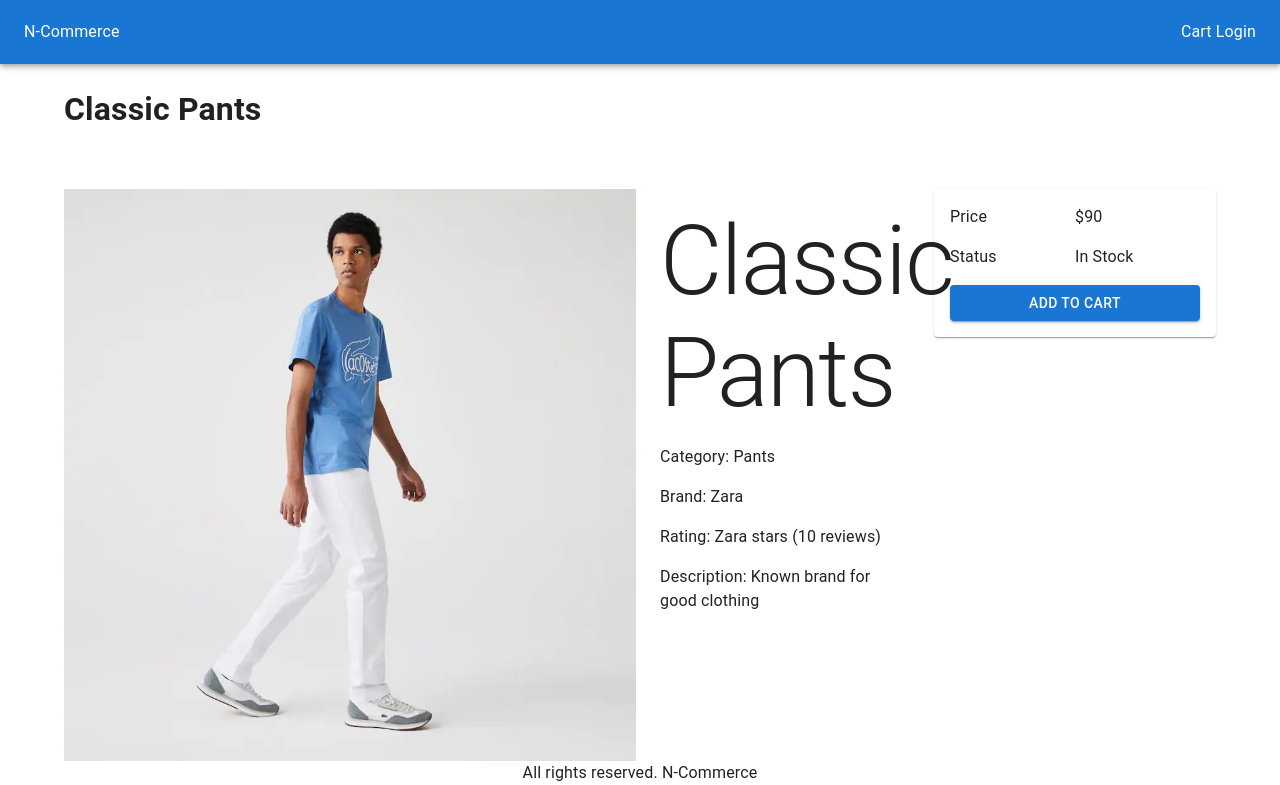
Repository: AK0493/Next-Commerce
Page: /product/classic-pants
An editor plug-in stored every save of this project. The page is shown before and after the next save, followed by the edit.
The browser window is 1280 px wide. The pictures show the whole page.
The project was rebuilt for these pictures with package versions that can differ from the ones it lists, and the page was loaded fresh each time. The framework's server and built-in components were replaced by stand-ins that run in the browser. Also part of the build but not shown: next.config.js.

Above is the page before, as saved 2022-02-07 13:42:31.

### pages/_app.js
import { useEffect } from 'react';
import '../styles/globals.css';

function MyApp({ Component, pageProps }) {
  useEffect(() => {
    const jssStyles = document.querySelector('#jss-server-side');
    if (jssStyles) {
      jssStyles.parentElement.removeChild(jssStyles);
    }
  }, []);
  return <Component {...pageProps} />;
}

export default MyApp;

### pages/product/[slug].js
import { useRouter } from 'next/router';
import React from 'react';
import data from '../../utils/data';
import NextLink from 'next/link';
import {
  Button,
  Card,
  Grid,
  Link,
  List,
  ListItem,
  Typography,
} from '@mui/material';
import Layout from '../../components/Layout';
import useStyles from '../../utils/styles';
import Image from 'next/image';
export default function ProductPage() {
  const classes = useStyles();
  const router = useRouter();
  const { slug } = router.query;
  const product = data.products.find((el) => el.slug === slug);
  if (!product) {
    return (
      <div>
        <h1>Product not Found!</h1>
      </div>
    );
  }
  return (
    <Layout title={product.name} description={product.description}>
      <div className={classes.section}>
        <h1>{product.name}</h1>
        <NextLink href="/" passHref>
          <Link>Back to Home</Link>
        </NextLink>
      </div>
      <Grid container spacing={1}>
        <Grid item md={6} xs={12}>
          <Image
            src={product.image}
            alt={product.name}
            width={640}
            height={640}
            layout="responsive"
          ></Image>
        </Grid>
        <Grid item md={3} xs={12}>
          <List>
            <ListItem>
              <Typography component="h1" variant="h1">
                {product.name}
              </Typography>
            </ListItem>
            <ListItem>
              <Typography>Category: {product.category}</Typography>
            </ListItem>
            <ListItem>
              <Typography>Brand: {product.brand}</Typography>
            </ListItem>
            <ListItem>
              <Typography>
                Rating: {product.brand} stars ({product.numReviews} reviews)
              </Typography>
            </ListItem>
            <ListItem>
              <Typography>Description: {product.description}</Typography>
            </ListItem>
          </List>
        </Grid>
        <Grid item md={3} xs={12}>
          <Card>
            <List>
              <ListItem>
                <Grid container>
                  <Grid item xs={6}>
                    <Typography>Price</Typography>
                  </Grid>
                  <Grid item xs={6}>
                    <Typography>${product.price}</Typography>
                  </Grid>
                </Grid>
              </ListItem>
              <ListItem>
                <Grid container>
                  <Grid item xs={6}>
                    <Typography>Status</Typography>
                  </Grid>
                  <Grid item xs={6}>
                    <Typography>
                      {product.CountInStock > 0 ? 'In Stock' : 'UNavailible'}
                    </Typography>
                  </Grid>
                </Grid>
              </ListItem>
              <ListItem>
                <Button fullWidth variant="contained" color="primary">
                  Add to Cart
                </Button>
              </ListItem>
            </List>
          </Card>
        </Grid>
      </Grid>
    </Layout>
  );
}

### styles/globals.css
html,
body {
  padding: 0;
  margin: 0;
  font-family: -apple-system, BlinkMacSystemFont, Segoe UI, Roboto, Oxygen,
    Ubuntu, Cantarell, Fira Sans, Droid Sans, Helvetica Neue, sans-serif;
}

a {
  color: #fff !important;
  text-decoration: none !important;
  cursor: pointer;
}

* {
  box-sizing: border-box;
}

### utils/data.js
const data = {
  products: [
    {
      name: 'Free Shirt',
      slug: 'free-shirt',
      category: 'Shirts',
      image: '/images/shirt1.jpg',
      price: 90,
      brand: 'Nike',
      rating: 4.5,
      numReviews: 10,
      CountInStock: 20,
      description: 'A popular shirt',
    },
    {
      name: 'Fit Shirt',
      slug: 'fit-shirt',
      category: 'Shirt',
      image: '/images/Shirt2.jpg',
      price: 90,
      brand: 'Addidas',
      rating: 4.5,
      numReviews: 10,
      CountInStock: 20,
      description: 'A popular shirt',
    },
    {
      name: 'Slim Shirt',
      slug: 'slim-shirt',
      category: 'Shirts',
      image: '/images/shirt3.jpg',
      price: 70,
      brand: 'Raymond',
      rating: 4.5,
      numReviews: 10,
      CountInStock: 20,
      description: 'A popular shirt',
    },
    {
      name: 'Golf Pants',
      slug: 'golf-pants',
      category: 'Pants',
      image: '/images/pants1.jpg',
      price: 70,
      brand: 'Oliver',
      rating: 4.5,
      numReviews: 10,
      CountInStock: 20,
      description: 'smart looking pants',
    },
    {
      name: 'Fit Pants',
      slug: 'fit-pants',
      category: 'Pants',
      image: '/images/pants2.jpg',
      price: 90,
      brand: 'Zara',
      rating: 4.5,
      numReviews: 10,
      CountInStock: 20,
      description: 'Known brand for good clothing',
    },
    {
      name: 'Classic Pants',
      slug: 'classic-pants',
      category: 'Pants',
      image: '/images/pants3.jpg',
      price: 90,
      brand: 'Zara',
      rating: 4.5,
      numReviews: 10,
      CountInStock: 20,
      description: 'Known brand for good clothing',
    },
  ],
};

export default data;

### components/Layout.js
import {
  AppBar,
  Container,
  createTheme,
  CssBaseline,
  Link,
  Toolbar,
  Typography,
} from '@mui/material';
import Head from 'next/head';
import React from 'react';
import useStyles from '../utils/styles';
import NextLink from 'next/link';
import { ThemeProvider } from '@mui/styles';

export default function Layout({ title, description, children }) {
  const theme = createTheme({
    typography: {
      h1: {
        fontSize: '1.6rem',
        fontWeight: 400,
        margin: '1rem 0',
      },
      h2: {
        fontSize: '1.4rem',
        fontWeight: 400,
        margin: '1rem 0',
      },
    },
    palette: {
      type: 'light',
      primary: {
        main: '#f0c000',
      },
      secondary: {
        main: '#208080',
      },
    },
  });
  const classes = useStyles();
  return (
    <div>
      <Head>
        <title>{title ? `${title} - Next-Commerce` : 'Next Commerce'}</title>
        {description && <meta name="description" content={description}></meta>}
      </Head>
      <ThemeProvider theme={theme}>
        <CssBaseline />
        <AppBar position="static" className={classes.navbar}>
          <Toolbar>
            <NextLink href="/">
              <Link>
                <Typography>N-Commerce</Typography>
              </Link>
            </NextLink>
            <div className={classes.grow}></div>
            <div>
              <NextLink href="/cart">
                <Link>Cart </Link>
              </NextLink>
              <NextLink href="/login">
                <Link>Login</Link>
              </NextLink>
            </div>
          </Toolbar>
        </AppBar>
        <Container className={classes.main}>{children}</Container>
        <footer className={classes.footer}>
          <Typography>All rights reserved. N-Commerce</Typography>
        </footer>
      </ThemeProvider>
    </div>
  );
}

### utils/styles.js
import { makeStyles } from '@mui/styles';

const useStyles = makeStyles({
  navbar: {
    backgroundColor: '#203040',
  },
  '& a': {
    color: '#fff',
    marginLeft: '10',
  },
  grow: {
    flexGrow: 1,
  },
  main: {
    minHeight: '80vh',
  },
  section: {
    marginTop: '10px',
    marginBottom: '10px',
  },
  footer: {
    textAlign: 'center',
  },
});
export default useStyles;

After the next save:
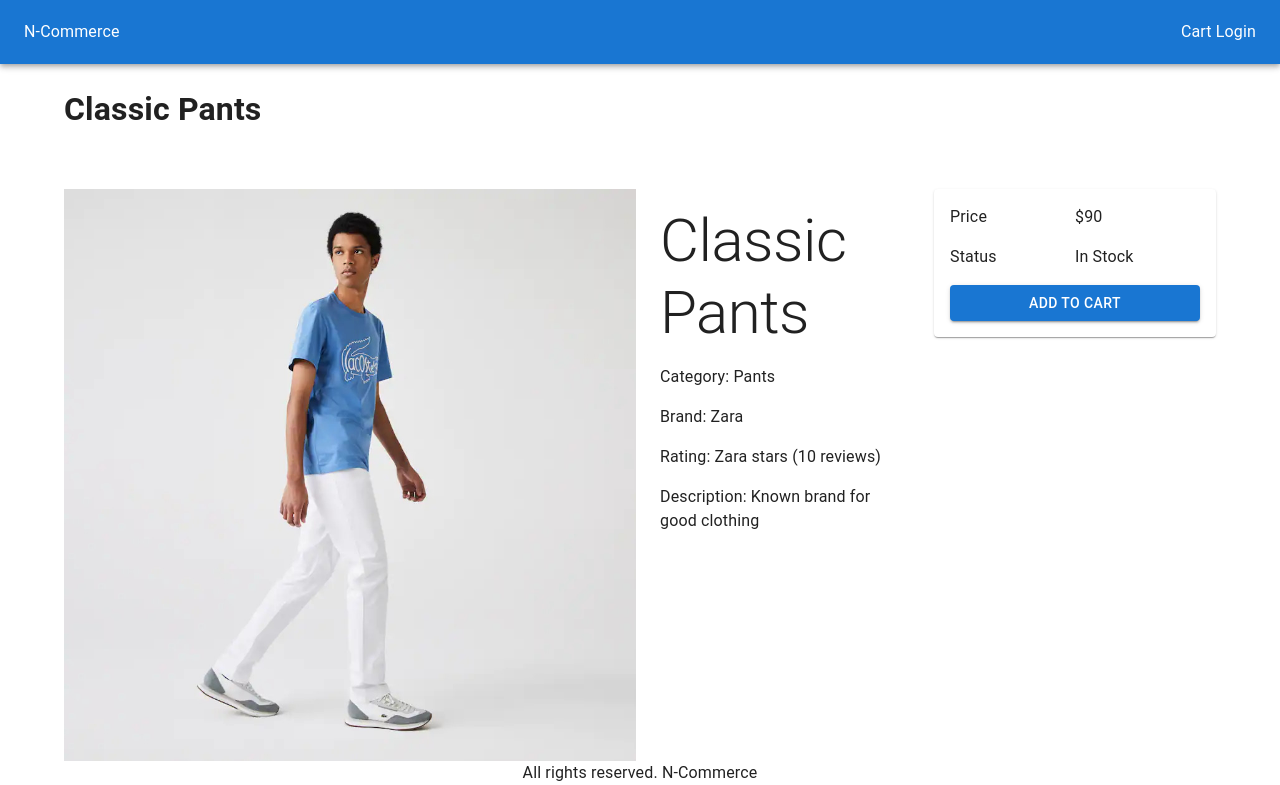
Saved 68 s later.
--- a/pages/product/[slug].js
+++ b/pages/product/[slug].js
@@ -47,7 +47,7 @@
         <Grid item md={3} xs={12}>
           <List>
             <ListItem>
-              <Typography component="h1" variant="h1">
+              <Typography component="h2" variant="h2">
                 {product.name}
               </Typography>
             </ListItem>
